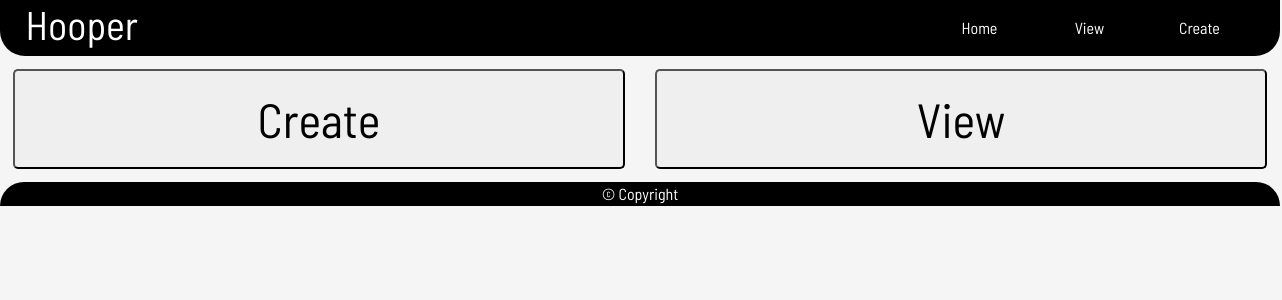
Repository: vlasarte/Hooper
Page: index.html
An editor plug-in stored every save of this project. The page is shown before and after the next save, followed by the edit.
The browser window is 1280 px wide. The page is 1282 px wide, so the pictures cover 1282 px, including what lies to the right of the window. The pictures show the whole page.

Above is the page before, as saved 2020-02-24 17:32:13.

### index.html
<!DOCTYPE html>
<!--[if lt IE 7]>      <html class="no-js lt-ie9 lt-ie8 lt-ie7"> <![endif]-->
<!--[if IE 7]>         <html class="no-js lt-ie9 lt-ie8"> <![endif]-->
<!--[if IE 8]>         <html class="no-js lt-ie9"> <![endif]-->
<!--[if gt IE 8]><!--> <html class="no-js"> <!--<![endif]-->
    <head>
        <meta charset="utf-8">
        <meta http-equiv="X-UA-Compatible" content="IE=edge">
        <title>Hooper</title>
        <meta name="description" content="">
        <meta name="viewport" content="width=device-width, initial-scale=1">
        <link href="https://fonts.googleapis.com/css?family=Barlow+Semi+Condensed&display=swap" rel="stylesheet">
        <link rel="stylesheet" href="https://stackpath.bootstrapcdn.com/bootstrap/4.3.1/css/bootstrap.min.css" integrity="sha384-ggOyR0iXCbMQv3Xipma34MD+dH/1fQ784/j6cY/iJTQUOhcWr7x9JvoRxT2MZw1T" crossorigin="anonymous">
        <link rel="stylesheet" href="assets/css/style.css">
    </head>
    <body>

        <header>
            <h1>Hooper</h1>
            <div class="dropdown">
                <button class="dropbtn">Create</button>
                <div class="dropdown-content">
                    <a href="#">Player</a>
                    <a href="#">Team</a>
                    <a class="dropdown-content-last" href="#">Game</a>
                </div>
            </div>
            <div class="dropdown">
                <button class="dropbtn">View</button>
                <div class="dropdown-content">
                    <a href="viewplayers.html">Players</a>
                    <a href="#">Teams</a>
                    <a class="dropdown-content-last" href="#">Games</a>
                </div>
            </div>
            <div class="dropdown">
                <button style="border-radius: 25px;" class="dropbtn">Home</button>
            </div>
        </header>

        <div class="body-container">

            <div class="row">
                <div class="col-6">
                    <button>Create</button>
                </div>
                <div class="col-6">
                    <button>View</button>
                </div>
            </div>
        </div>


        <footer>
            &copy Copyright
        </footer>

        <script src="assets/js/javascript.js" async defer></script>
    </body>
</html>

### assets/css/style.css
/* default settings */

body {
    font-family: 'Barlow Semi Condensed', sans-serif;
    background: whitesmoke;
}


/* header section */

header {
    font-family: 'Barlow Semi Condensed', sans-serif;
    width: 100%;
    height: 56px;
    background: black;
    color: white;
    padding: 0% 2%;
    border-radius: 0px 0px 25px 25px;
    position: sticky;
    top: 0;
    z-index: 1;
}

header h1 {
    float: left;
    height: 56px;
    margin: 0px;
}


/* hover dropdowns */

.dropbtn {
    height: 56px;
    font-family: 'Barlow Semi Condensed', sans-serif;
    min-width: 100px;
    background-color: black;
    color: white;
    padding: 16px;
    font-size: 16px;
    border: none;
    border-radius: 25px 25px 0px 0px;
}

.dropdown {
    margin: 0px 5px;
    float: right;
    position: relative;
    display: inline-block;
}

.dropdown-content {
    text-align: center;
    display: none;
    position: absolute;
    background-color: #f1f1f1;
    width: 100px;
    box-shadow: 0px 8px 16px 0px rgba(0, 0, 0, 0.2);
    z-index: 1;
    border-radius: 0px 0px 25px 25px;
}

.dropdown-content a {
    color: black;
    padding: 12px 16px;
    text-decoration: none;
    display: block;
}

.dropdown-content a:hover {
    background-color: #ddd;
}

.dropdown:hover .dropdown-content {
    display: block;
}

.dropdown:hover .dropbtn {
    background-color: #ddd;
    color: black;
}

.dropdown-content-last {
    border-radius: 0px 0px 25px 25px;
}

/* body container */

.body-container {
    padding: 1%;
}

button {
    border-radius: 5px;
    width: 100%;
    height: 100px;
    font-size: 48px;
}

th {
    text-align: center;
    color: black;
    font-weight: bold;
}

td {
    text-align: center;
}


/* footer section */

footer {
    width: 100%;
    text-align: center;
    background: black;
    color: white;
    border-radius: 25px 25px 0px 0px;
}

### assets/js/javascript.js
var player = {
    name: "LeBron James",
    team: "LAL",
    position: "SF",
    PPG: 25.0,
    APG: 10.8,
    RPG: 7.8
}

var playerName = [
    "LeBron James",
    "Anthony Davis",
    "James Harden",
    "Kawhi Leonard",
    "Luka Doncic",
    ""]

After the next save:
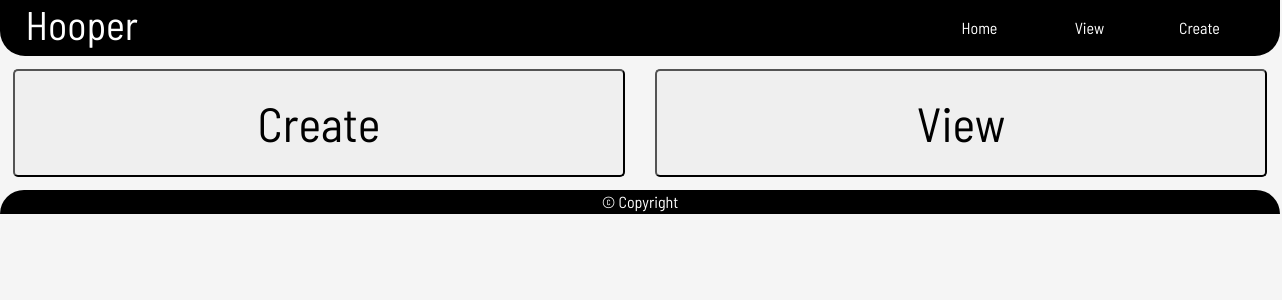
Saved 32 s later.
--- a/assets/css/style.css
+++ b/assets/css/style.css
@@ -93,7 +93,7 @@ header h1 {
 button {
     border-radius: 5px;
     width: 100%;
-    height: 100px;
+    height: 108px;
     font-size: 48px;
 }
 
